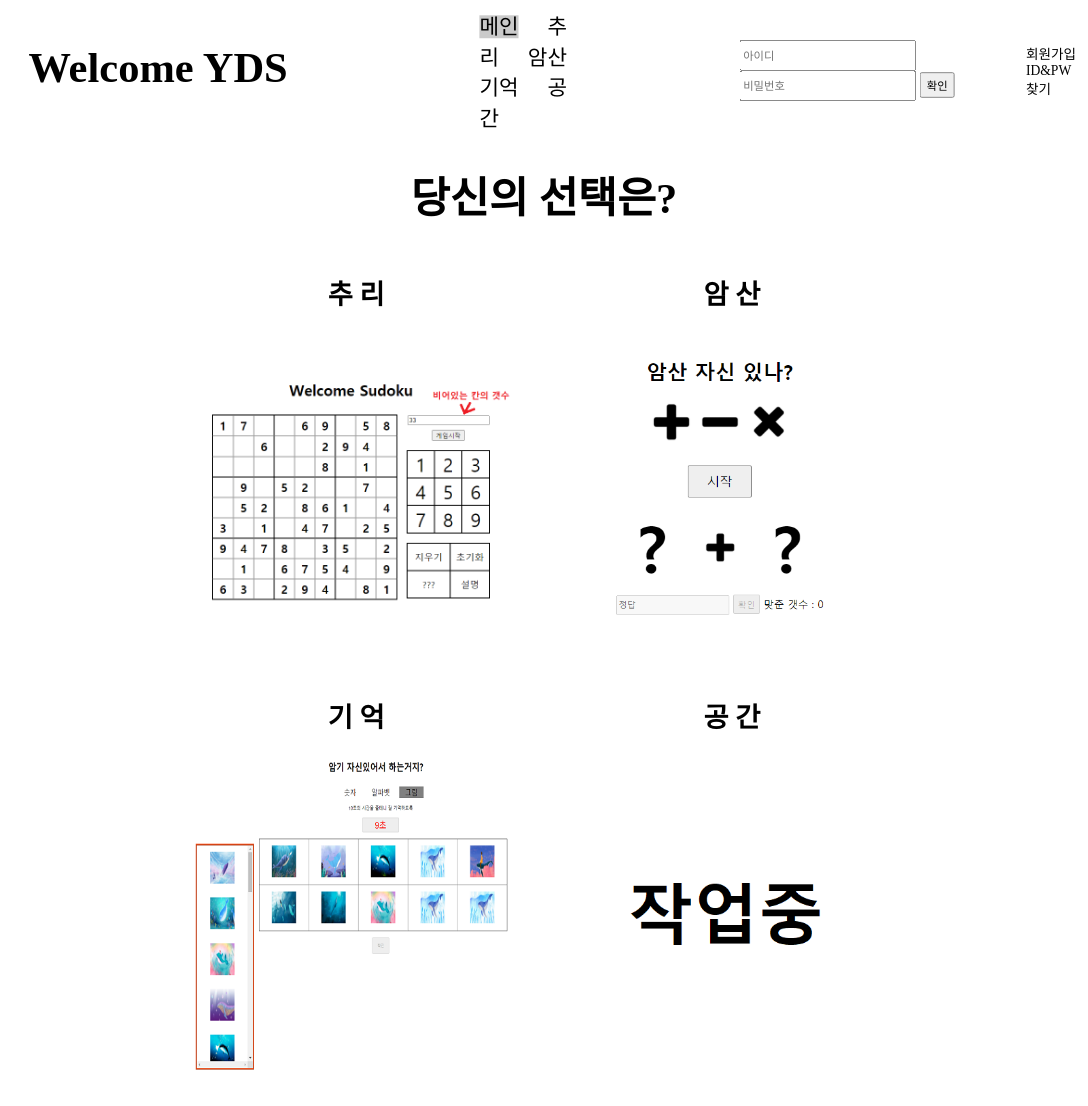
Repository: ejrtn/springbootMaven
Page: deoksu/src/main/resources/static/main.html
These files come from the project's save history. The page is drawn as it stood at one moment and after the next save; the edit follows.
The browser window is 1280 px wide. The pictures show the whole page, at 85% of full size.

Above is the page before, as saved 2021-04-10 16:00:44.

### deoksu/src/main/resources/static/main.html
<!DOCTYPE html>
<html>
<head>
<meta charset="UTF-8">
<title>Insert title here</title>
	<style type="text/css">
		img {width: 400px; cursor: pointer;}
	</style>
	<script  src="http://code.jquery.com/jquery-latest.min.js"></script>
	<script type="text/javascript">
		function menu(){

		}
		function join(a){
			if(a==1)
				$("#join").css("background-color","#9e9e9e8c");
			else
				$("#join").css("background-color","");
		}
		function idpw(a){
			if(a==1)
				$("#idpw").css("background-color","#9e9e9e8c");
			else
				$("#idpw").css("background-color","");
		}
	</script>
</head>
<body>
	<div align="center">
		<table>
			<tr>
				<td>
					<h1 align="center" style="font-size: 50px; width: 350px; height:66px; cursor: pointer;" onclick="location.href='/'">Welcome YDS</h1>
				</td>
				<td style="padding-left: 200px; padding-right: 100px;">
					<label style="font-size: 25px; cursor: pointer; background-color: #9e9e9e8c; margin-right: 30px;" onclick="location.href='/'">메인</label>
					<label style="font-size: 25px; cursor: pointer; margin-right: 30px;" onclick="location.href='sudoku'">추리</label>
					<label style="font-size: 25px; cursor: pointer; margin-right: 30px;" onclick="location.href='math'">암산</label>
					<label style="font-size: 25px; cursor: pointer; margin-right: 30px;" onclick="location.href='memorization'">기억</label>
					<label style="font-size: 25px; cursor: pointer; margin-right: 30px;" onclick="location.href='space'">공간</label>
				</td>
				<td style="padding-left: 50px;">
					<input type="text" placeholder="아이디" style="height: 30px; width: 200px;">
					<input type="password" placeholder="비밀번호" style="height: 30px; width: 200px;">
					<input type="button" value="확인" style="height: 30px;">
				</td>
				<td style="padding-left: 50px;">
					<label onmouseover="join(1)" onmouseout="join(2)" id="join">회원가입</label><br>
					<label onmouseover="idpw(1)" onmouseout="idpw(2)" id="idpw">ID&PW찾기</label><br>
				</td>
			</tr>
		</table>
	</div>
	<div align="center" style="margin-top: 20px;">
		<h1 align="center"  style="font-size: 50px; width: 400px;">당신의 선택은?</h1>
		<table>
			<tr>
				<td align="center" style="padding-right: 20px;">
					<h1>추 리</h1>
					<img src="images/main_img/sudoku.png" onclick="location.href='sudoku'">
				</td>
				<td align="center" style="padding-left: 20px;">
					<h1>암 산</h1>
					<img src="images/main_img/math.png" onclick="location.href='math'">
				</td>
			</tr>
			<tr>
				<td align="center" style="padding-right: 20px;">
					<h1>기 억</h1>
					<img src="images/main_img/memorization.png" onclick="location.href='memorization'">
				</td>
				<td align="center" style="padding-left: 20px;">
					<h1>공 간</h1>
					<img src="images/main_img/working.png" onclick="location.href='space'">
				</td>
			</tr>
		</table>
	</div>



</body>
</html>

After the next save:
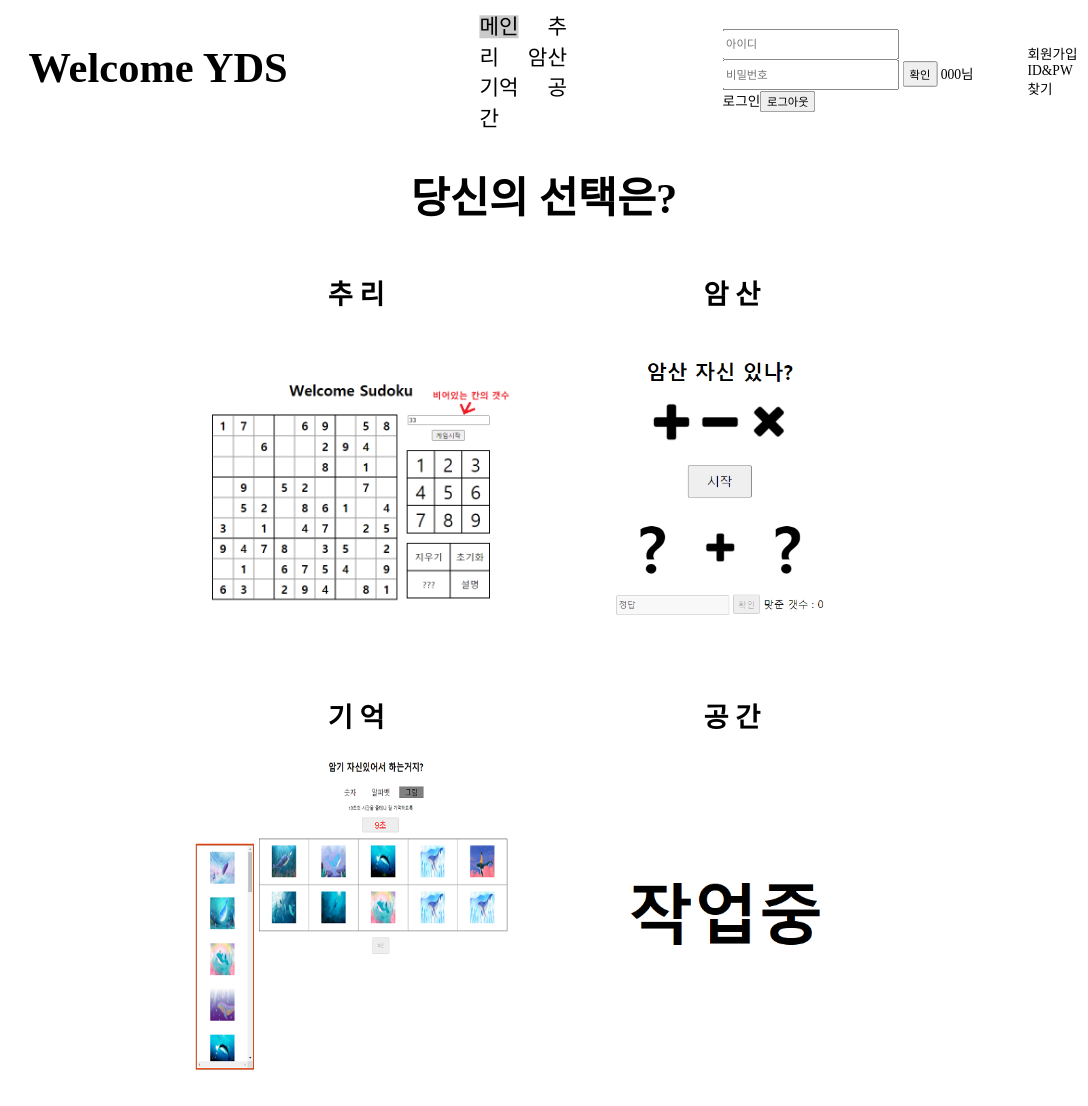
Saved 7 min 21 s later.
--- a/deoksu/src/main/resources/static/main.html
+++ b/deoksu/src/main/resources/static/main.html
@@ -43,6 +43,7 @@
 					<input type="text" placeholder="아이디" style="height: 30px; width: 200px;">
 					<input type="password" placeholder="비밀번호" style="height: 30px; width: 200px;">
 					<input type="button" value="확인" style="height: 30px;">
+					<label>000님 로그인</label><input type="button" value="로그아웃">
 				</td>
 				<td style="padding-left: 50px;">
 					<label onmouseover="join(1)" onmouseout="join(2)" id="join">회원가입</label><br>
